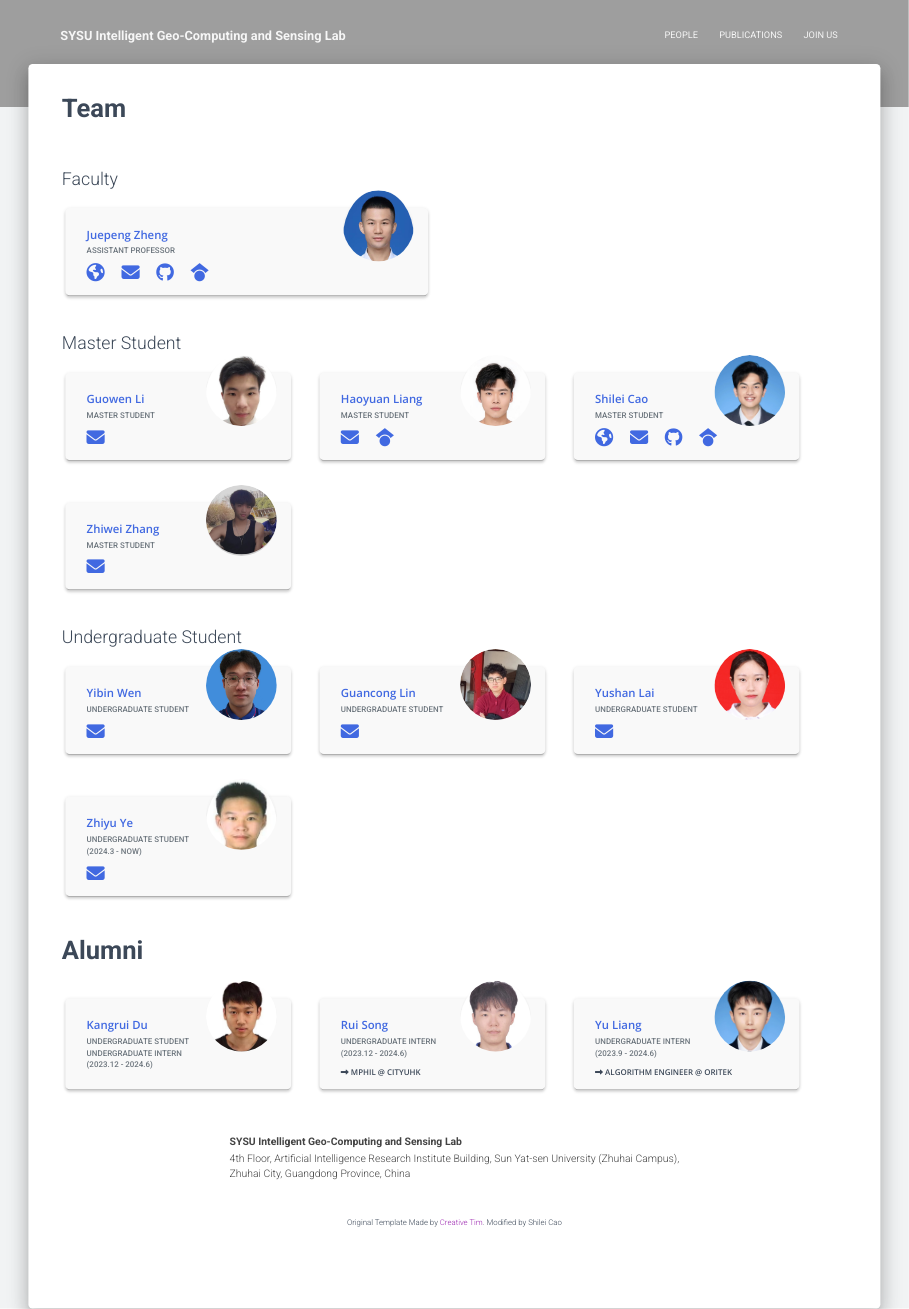
Repository: rssysu/rssysu.github.io
Page: people.html
The author's editor kept a copy of each file at every save. The page is drawn from the files as they stood at one save, then again after the next save.
The browser window is 1280 px wide. The pictures show the whole page, at 71% of full size.
Pictures or frames that could not be fetched are drawn as grey boxes. Some web libraries are served in a nearby version.

Above is the page before, as saved 2025-03-18 20:46:03.

After the next save:
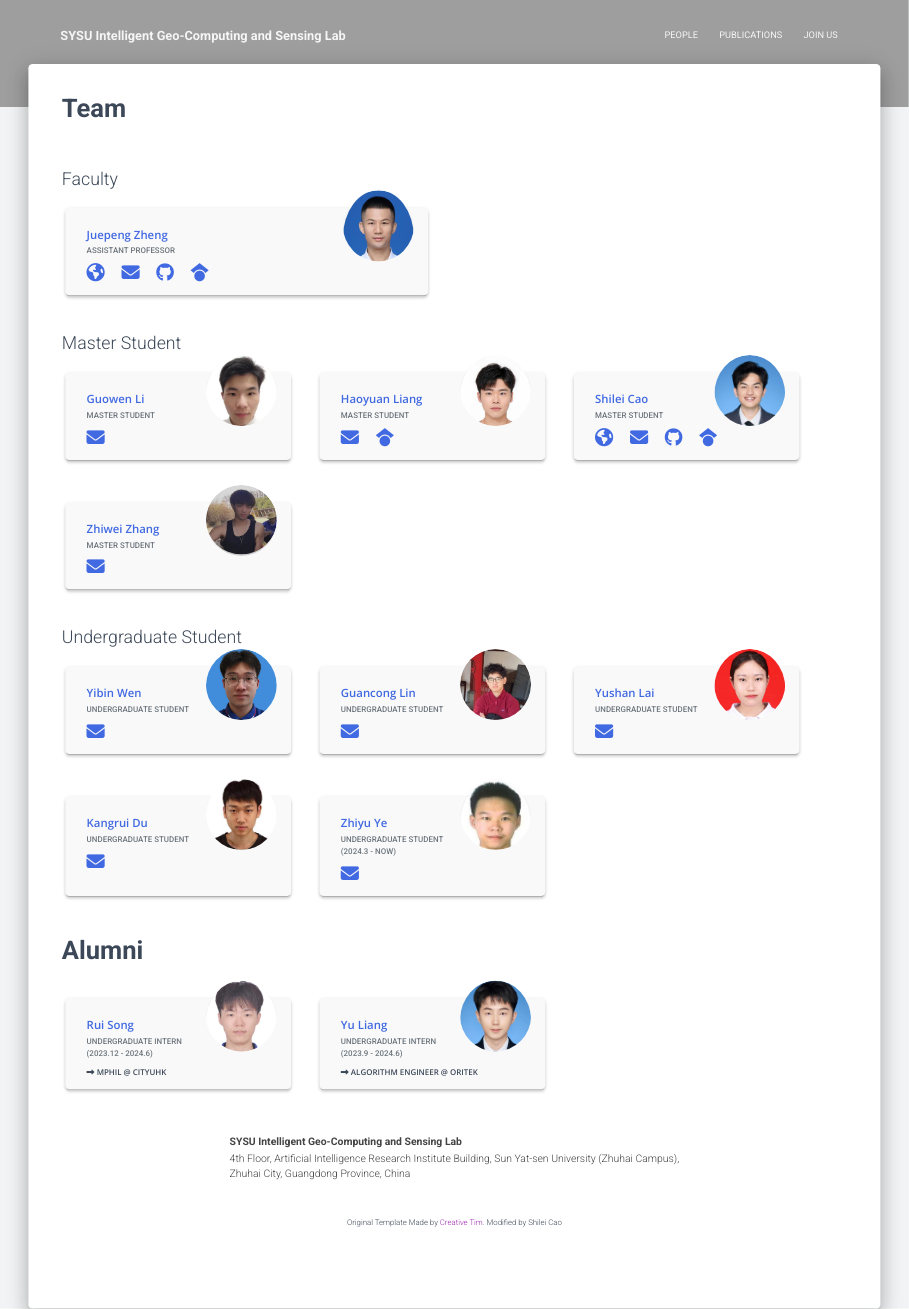
Saved 112 s later.
--- a/people.html
+++ b/people.html
@@ -193,6 +193,21 @@
                     <div class="card-body">
                           <div class="author">
                               <div class="avatar">
+                                  <img src="./assets/img/kit/faces/dkr.jpg" class="img-raised rounded-circle img-fluid"/>
+                              </div>
+                          </div>
+                          <h4 class="card-title"> <a href="./assets/resume/dkr.html" target="_blank"> Kangrui Du </a></h4>
+                          <h6 class="card-subtitle mb-2 text-muted">Undergraduate Student</h6>
+
+                            <a href="mailto:dukr6@mail2.sysu.edu.cn" class="card-link"><i class="fa fa-envelope fa-2x" aria-hidden="true"></i></a>
+
+                    </div>
+                </div>
+
+                <div class="card" style="width: 28%;">
+                    <div class="card-body">
+                          <div class="author">
+                              <div class="avatar">
                                   <img src="./assets/img/kit/faces/yzy.jpg" class="img-raised rounded-circle img-fluid"/>
                               </div>
                           </div>
@@ -211,21 +226,6 @@
               <h2><b>Alumni</b></h2>
             </div>
             <div class="row">
-
-            <div class="card" style="width: 28%;">
-                <div class="card-body">
-                        <div class="author">
-                            <div class="avatar">
-                                <img src="./assets/img/kit/faces/dkr.jpg" class="img-raised rounded-circle img-fluid"/>
-                            </div>
-                        </div>
-                        <h4 class="card-title"> <a href="./assets/resume/dkr.html" target="_blank"> Kangrui Du </a></h4>
-                        <h6 class="card-subtitle mb-2 text-muted">Undergraduate Student</h6>
-                        <h6 class="card-subtitle mb-2 text-muted">Undergraduate Intern (2023.12 - 2024.6) </h6>
-                        <!-- <a href="mailto:dukr6@mail2.sysu.edu.cn" class="card-link"><i class="fa fa-envelope fa-2x" aria-hidden="true"></i></a>        -->
-
-                </div>
-            </div>
 
             <div class="card" style="width: 28%;">
                 <div class="card-body">
